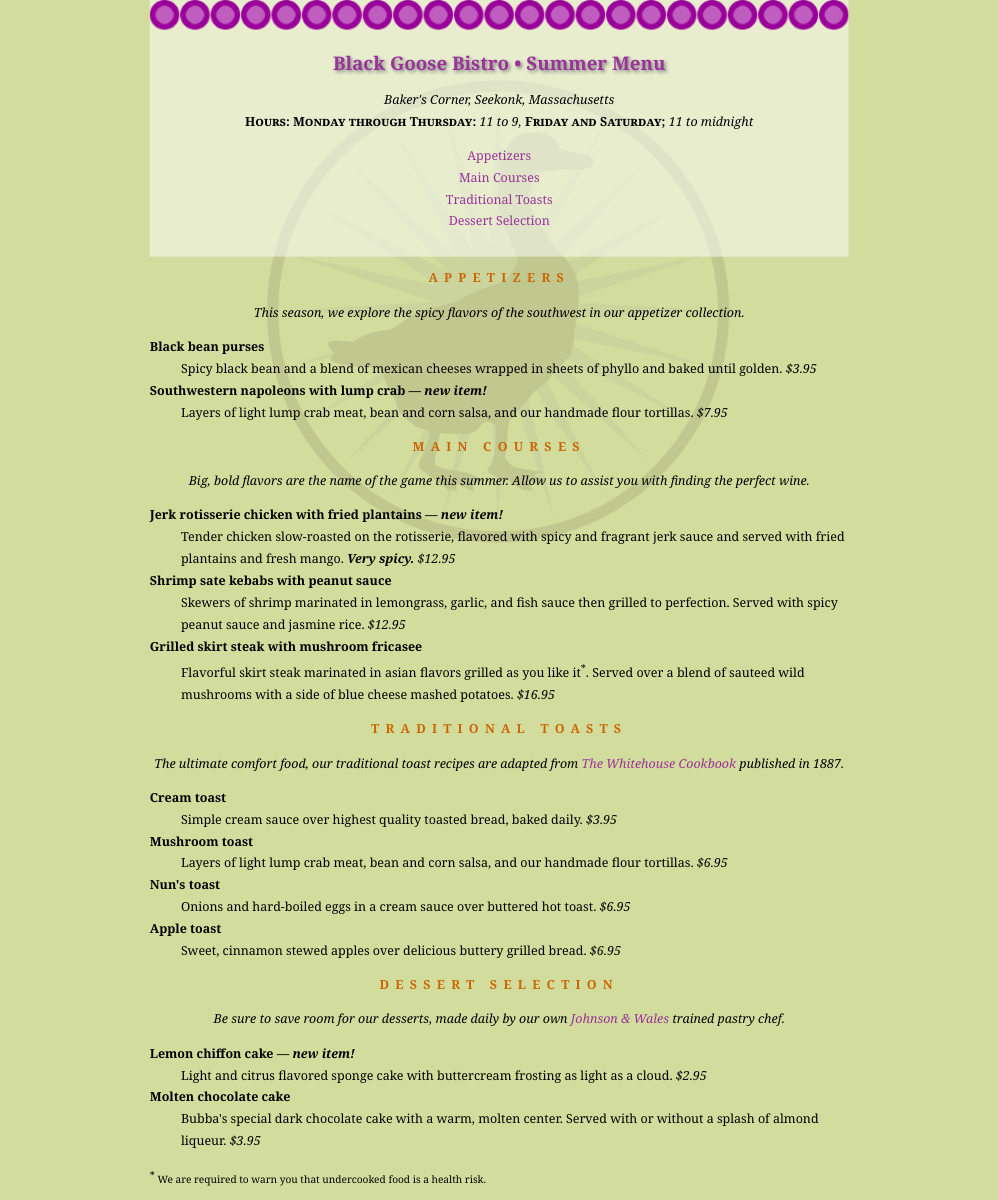
Repository: Colo-Codes/code-practice
Page: 02-css-practice-3.html
An editor plug-in stored every save of this project. The page is shown before and after the next save, followed by the edit.
The browser window is 1280 px wide. The pictures show the whole page, at 78% of full size.
Some web fonts or font styles are not loaded; a fallback is used.

Above is the page before, as saved 2021-05-06 13:26:21.

After the next save:
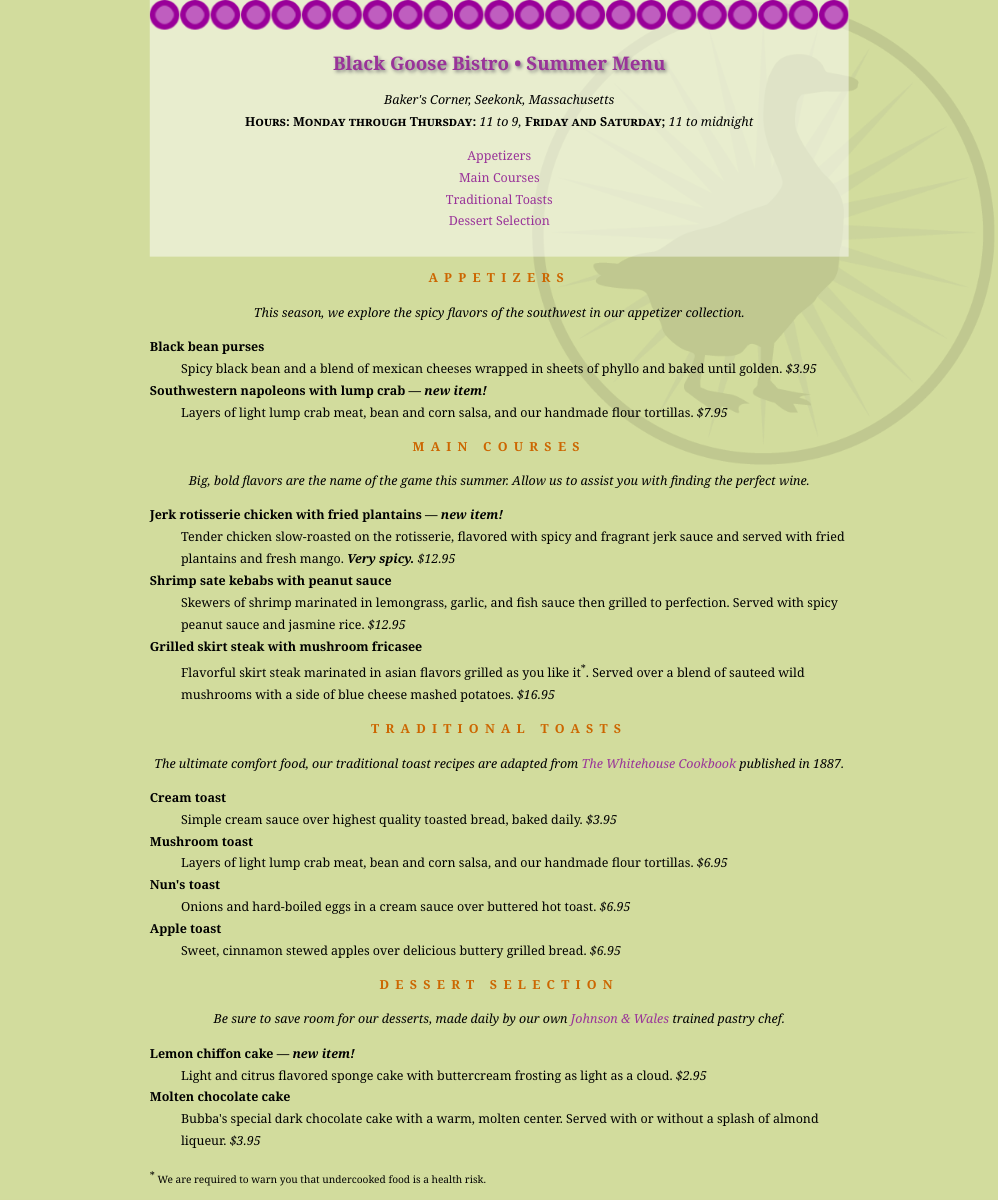
Saved 13 s later.
--- a/02-css-practice-3.html
+++ b/02-css-practice-3.html
@@ -16,7 +16,7 @@
   background-position: center 200px; */
   background-image: url(./assets/img/blackgoose.png);
   background-repeat: no-repeat;
-  background-position: center 100px;
+  background-position: right top;
 }
 header {
   margin-top: 0;
@@ -25,7 +25,7 @@
   background-color: rgba(255, 255, 255, .5);
   background-image: url(./assets/img/purpledot.png);
   background-repeat: space no-repeat;
-  background-position: right top;
+  background-position: center top;
 }
 
 /* For link, the order is important */

After the save that followed:
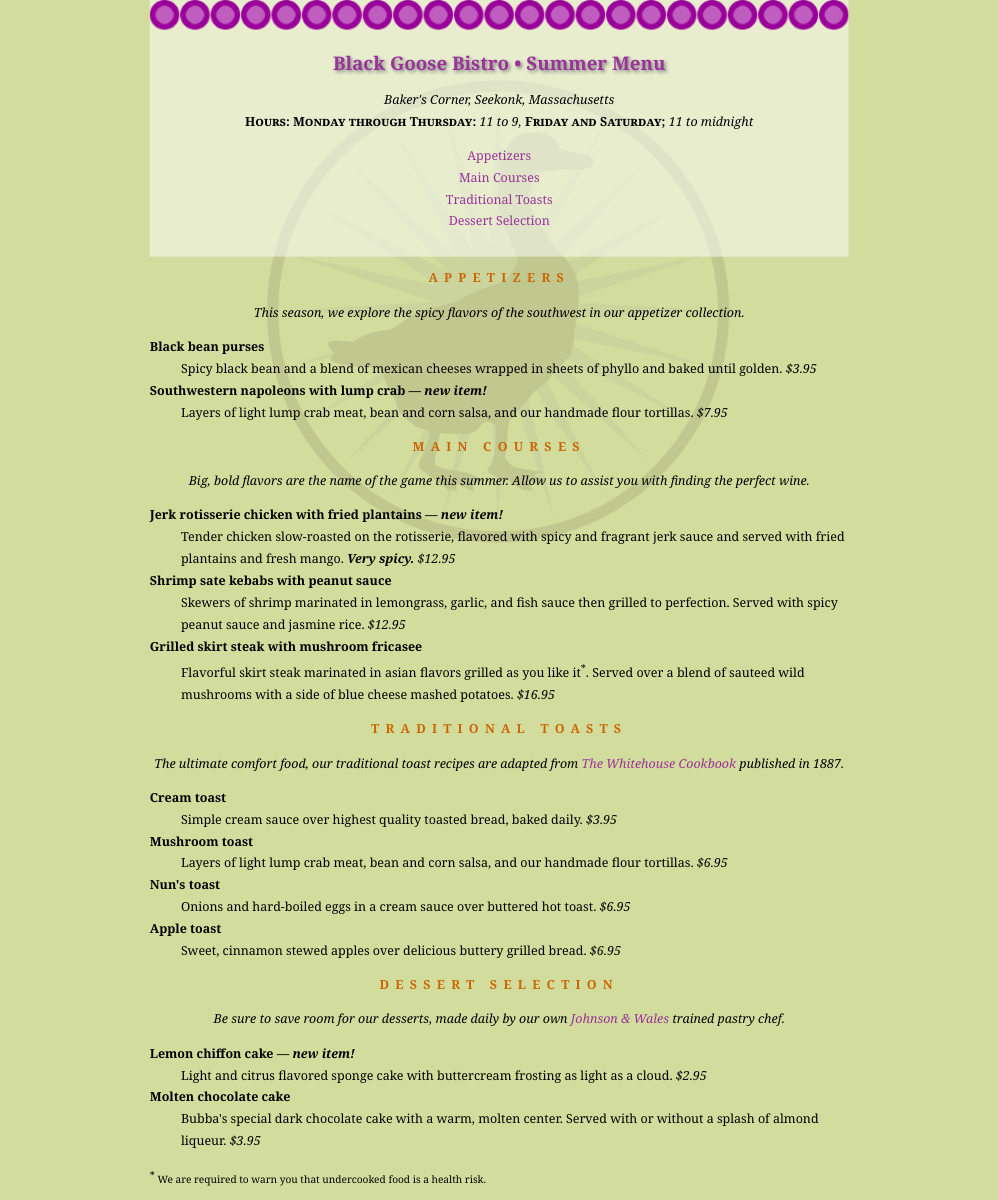
Saved 6 s later.
--- a/02-css-practice-3.html
+++ b/02-css-practice-3.html
@@ -16,7 +16,7 @@
   background-position: center 200px; */
   background-image: url(./assets/img/blackgoose.png);
   background-repeat: no-repeat;
-  background-position: right top;
+  background-position: center 100px;
 }
 header {
   margin-top: 0;
